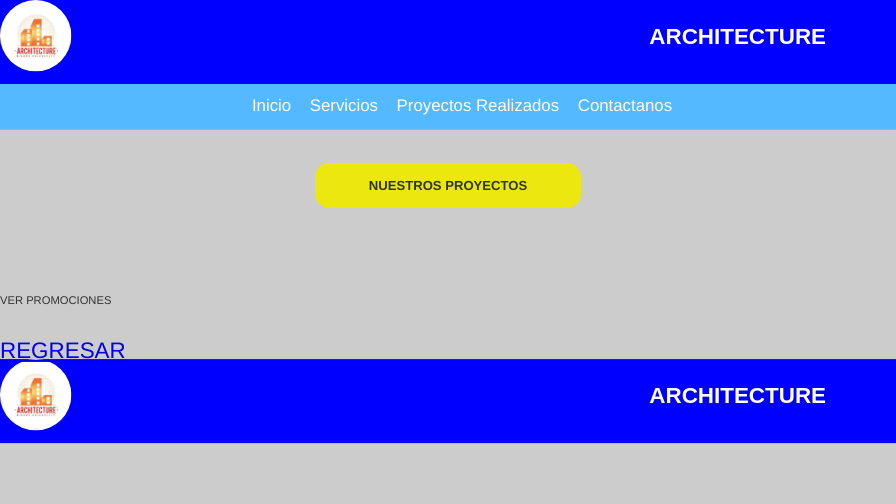
Repository: gabrielestrella18/htdocs
Page: http://localhost/arquitectos/proyectos.php
An editor plug-in stored every save of this project. The page is shown before and after the next save, followed by the edit.
The browser window is 1280 px wide. The pictures show the part of the page from y = 0 to 1920 px (the page is 720 px tall before and 3381 px after), at 70% of full size.
The page is run by PHP 8.4 with error messages shown; the project is at /var/www/html/. The database holds what the project's SQL file puts in it. Queries for data that is not in the repository find no rows.

Above is the page before, as saved 2023-12-11 11:37:07.

After the next save:
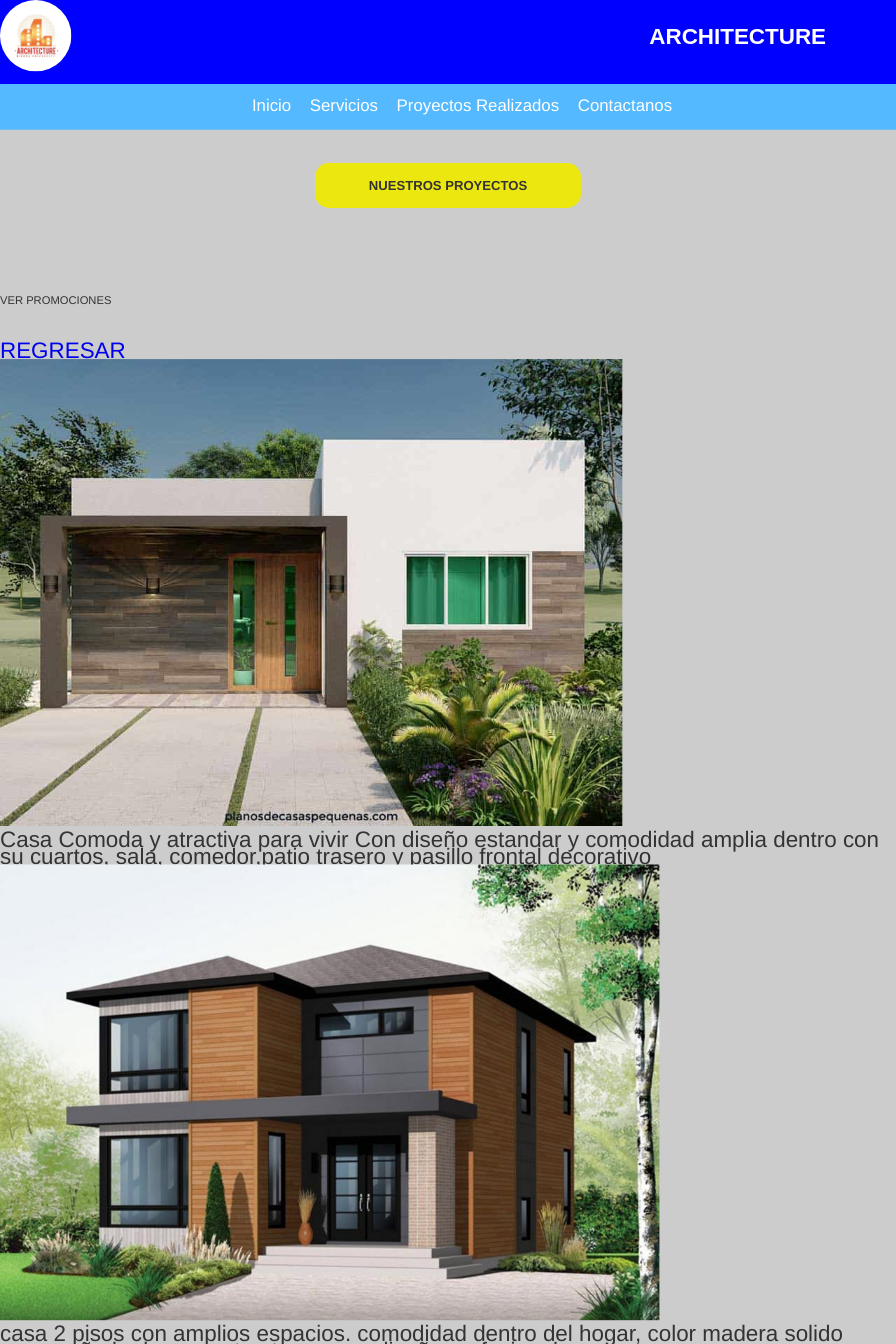
Saved 29 s later.
--- a/arquitectos/proyectos.php
+++ b/arquitectos/proyectos.php
@@ -35,7 +35,7 @@ include "menu.php"
 <div class="contenedor">
     <?php
     include "conexion.php";
-    $todos_usuarios = "SELECT * FROM buenfin ORDER BY id ASC";
+    $todos_usuarios = "SELECT * FROM contenidos ORDER BY id ASC";
     $resultado = mysqli_query($conexion, $todos_usuarios);
 
     while ($registro = mysqli_fetch_assoc($resultado)) {
